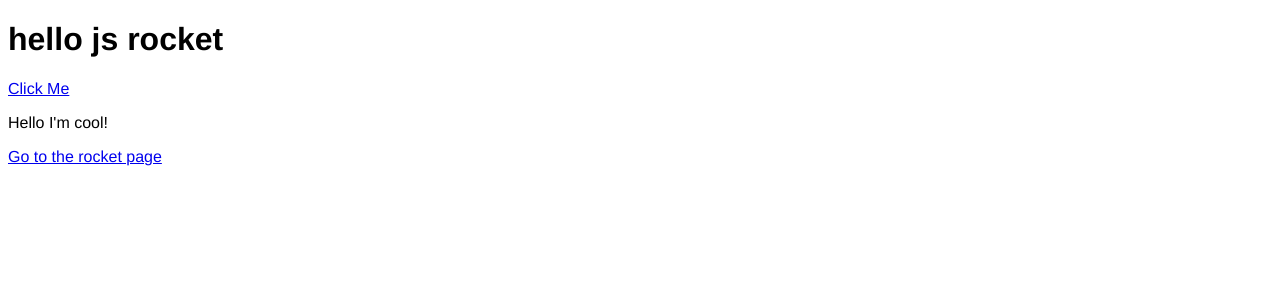
Repository: alcarrizo/Rocket-launch
Page: index.html
These files come from the project's save history. The page is drawn as it stood at one moment and after the next save; the edit follows.
The browser window is 1280 px wide. The pictures show the whole page.

Above is the page before, as saved 2022-10-20 23:07:59.

### index.html
<!DOCTYPE html>
<html lang="en">
<head>
    <meta charset="UTF-8">
    <meta http-equiv="X-UA-Compatible" content="IE=edge">
    <meta name="viewport" content="width=device-width, initial-scale=1.0">
    <title>JS Rocket</title>
    <script type="text/javascript" src="js/script.js"> </script>
    <link rel="stylesheet" href="css/style.css">
</head>
<body>
    <h1>hello js rocket</h1>
   <a href="#" onclick="doCoolStuff();">Click Me</a>
   <div class="cool" id="cool">
        <p>Hello I'm cool!</p>
   </div>

   <a href="rocket.html">Go to the rocket page</a>
</body>
</html>

### js/script.js
/*var countDown = function (i) {
    console.log(i)
    setTimeout(function () {
        i--
        document.getElementById("countdown").innerHTML = i;
        if (document.getElementById('body').className != 'body-state1') {
            if (i > 0) {
                countDown(i)
            }
            else {
                changeState(3)
            }
        }

    }, 1000)
}*/
var timer = null;
var CountDownNum = 10;
var changeState = function (state) {
    document.body.className = 'body-state' + state;
    clearInterval(timer);
    if (state == 1) {
        document.getElementById('nervous').className = 'nervous';
        document.getElementById('cant-wait').className = 'cant-wait';
    }
    if (state != 2 && document.getElementById('countdown').innerHTML != 10) {
        CountDownNum = 10;
        document.getElementById('countdown').innerHTML = CountDownNum;
    }
    if (state == 2) {
        timer = setInterval(() => {
            CountDownNum -= 1;
            document.getElementById('countdown').innerHTML = CountDownNum;
            if (CountDownNum > 4 && CountDownNum <= 7) {
                document.getElementById('nervous').className = 'nervous show';
            }
            else {
                document.getElementById('nervous').className = 'nervous';
            }
            if (CountDownNum > 1 && CountDownNum <= 4) {
                document.getElementById('cant-wait').className = 'cant-wait show';
            }
            else {
                document.getElementById('cant-wait').className = 'cant-wait';
            }
            if (CountDownNum <= 0) {
                changeState(3);

            };
        }, 200);
    }
    else if (state == 3) {
        var success = setTimeout(() => {
            var randomNum = Math.round(Math.random() * 10)
            //success
            console.log('random number: ' + randomNum)
            if (randomNum > 5) {
                changeState(4)
            }
            else {
                //fail
                changeState(5)
            }

        }, 2000);
    }
    // if (state == 1) {
    //     document.body.className = 'body-state1'
    // }
    // else if (state == 2) {
    //     document.body.className = 'body-state2'
    //     countDown(10)
    //     // for (let i = 10; i >= 0; i--) {
    //     //     setTimeout()
    //     //     document.getElementById("countdown").innerHTML = i;
    //     // }
    // }
    // else if (state == 3) {
    //     document.body.className = 'body-state3'
    //     document.getElementById('rocket').className = 'rocket flying';
    // }
    // else if (state == 4) {
    //     document.body.className = 'body-state4'
    // }
    // else {
    //     document.body.className = 'body-state5'
    // }
    // for (let i = 10; i >= 0; i--) {
    //     bdy.content = i;
    // }
    //document.getElementById('rocket').className = 'rocket flying';
}

### css/style.css
body {
    position: relative;
    font-family: 'Helvetica', 'Arial', 'sans-serif';
}

.left {
    position: fixed;
    box-sizing: border-box;
    width: 50%;
    height: 100%;
    top: 0;
    left: 0;
    background-color: teal;
}

.right {
    position: fixed;
    box-sizing: border-box;
    width: 50%;
    height: 100%;
    top: 0;
    right: 0;
    background-color: aquamarine;
}

.rocket {
    position: absolute;
    left: 50%;
    bottom: -15px;
    width: 143px;
    height: 272px;
    background: url("../img/rocket-state1.png") no-repeat 0 0;
    background-size: 100%;
    transition: bottom 10s;
    margin-left: -71.5px;

}

.body-state1 .rocket {
    transition: none;

}


.body-state2 .rocket {

    background-image: url("../img/rocket-state2.gif");
}

.body-state3 .rocket,
.body-state4 .rocket {
    bottom: 1000px;
    background-image: url("../img/rocket-state3.gif");
}

.body-state5 .rocket {
    width: 209px;
    height: 200px;
    background: url("../img/boom.png") no-repeat 0 0;
    background-size: 100%;
}

.ground {
    position: absolute;
    bottom: 0;
    left: 0;
    background: url("../img/ground.png") no-repeat center 0;
    background-size: 100%;
    width: 100%;
    height: 20px;

}

.nervous {
    position: absolute;
    bottom: 220px;
    left: 50%;
    margin-left: -180px;
    background: url('../img/nervous.png') no-repeat 0 0;
    background-size: 100%;
    width: 223px;
    height: 100px;
}

.cant-wait {
    position: absolute;
    bottom: 220px;
    left: 50%;
    background: url('../img/cant-wait.png') no-repeat 0 0;
    background-size: 100%;
    width: 206px;
    height: 65px;
    transition: display 1s;
}

a {}

a.button {
    display: inline-block;
    background-color: white;
    color: black;
    padding: 20px 40px;
    text-decoration: none;
    border-radius: 15px;
    text-transform: uppercase;
    text-align: center;
    transition: color .3s;

}

a:hover {
    color: red;
}

.state1,
.state2,
.state3,
.state4,
.state5,
.cant-wait,
.nervous {
    display: none;
}

.cant-wait.show,
.nervous.show {
    display: block;
}

.interface {
    text-align: center;
    padding: 20px;
}

body.body-state1 .state1 {
    display: block;
}

body.body-state2 .state2 {
    display: block;
}

body.body-state3 .state3 {
    display: block;
}

body.body-state4 .state4 {
    display: block;
}

body.body-state5 .state5 {
    display: block;
}

After the next save:
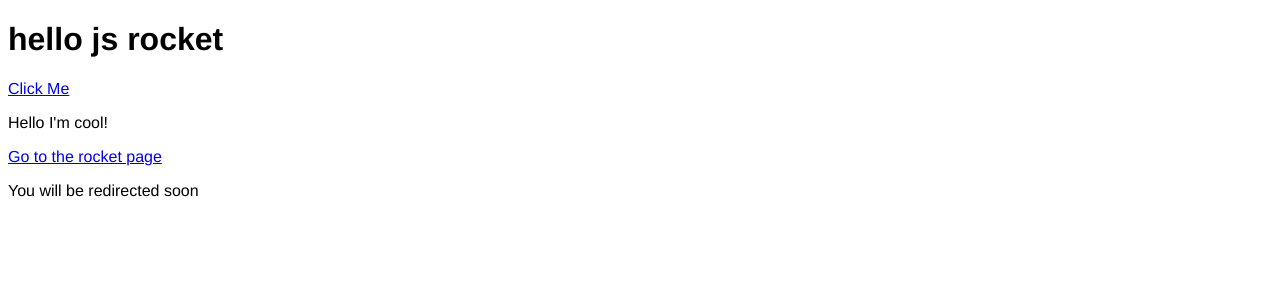
Saved 37 s later.
--- a/index.html
+++ b/index.html
@@ -16,5 +16,6 @@
    </div>
 
    <a href="rocket.html">Go to the rocket page</a>
+   <p>You will be redirected soon</p>
 </body>
 </html>
